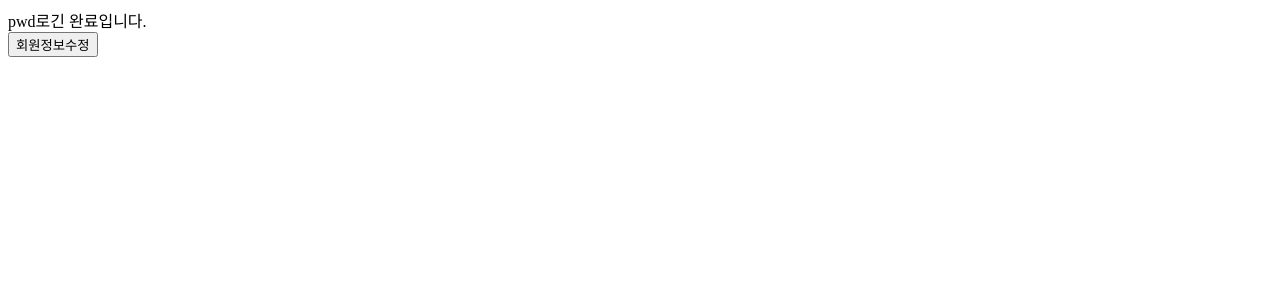
Repository: Chaelin02/2-_JSP
Page: http://localhost/BasicJSP/jdbc07/loginPro_2312.jsp
These files come from the project's save history. The page is drawn as it stood at one moment and after the next save; the edit follows.
The browser window is 1280 px wide. The pictures show the whole page.
The page is served by Tomcat 9. Other server files are loaded and not shown. Queries for data that is not in the repository find no rows.

Above is the page before, as saved 2019-06-25 01:38:57.

### BasicJSP/WebContent/jdbc07/loginPro_2312.jsp
<%@ page language="java" contentType="text/html; charset=UTF-8"
    pageEncoding="UTF-8"%>
     <%@page import="java.sql.*" %>
<!DOCTYPE html>
<html>
<head>
<%
	String id = request.getParameter("id");
	String pwd = request.getParameter("pwd");



	Connection conn = null;
	PreparedStatement pstmt = null;
	ResultSet rs = null;

	String str = "";
	try {
		String jdbcUrl = "jdbc:mysql://localhost:3306/mydb";
		String dbId = "root";
		String dbPwd = "mirim2";


		Class.forName("org.gjt.mm.mysql.Driver");
		conn = DriverManager.getConnection(jdbcUrl, dbId, dbPwd);//	한번썻으면 변하지 않음
		//이것만 맨날 바뀜
		//id,passwd의 값만 필요하고 id의 값만 가져와야하니까 id = "" ?하는거.
		String sql = "select id , pwd from tblregister where id =?";  //?는 여기에 외부의 값을 대입해라라는뜻

		pstmt = conn.prepareStatement(sql);   //conn이 만들어줌.
		pstmt.setString(1, id);
		rs = pstmt.executeQuery(); //얘는 받아줌
//여까지 받아주는 거임.

		if(rs.next()){   //한 건이 있을때 if사용하고 여려개면 while문을 쓴다.  내용이 하나라도 있다면.
			String rId = rs.getString("id");
			String rPwd = rs.getString("pwd");

			System.out.println("rId : "+rId);
			System.out.println("rPwd : "+rPwd);
			System.out.println(id);
			System.out.println(pwd);



			if(id.equals(rId) && pwd.equals(rPwd)) {
				sql = "update tblregister set id = ? where pwd = ?";
				pstmt = conn.prepareStatement(sql);
				pstmt.setString(1,id);
				pstmt.setString(2,pwd);
				pstmt.executeUpdate();
	%>
	레코드를 수정했습니다.
	<%
			}else
				out.println("id로긴 완료입니다.");
		}  else
				out.println("pwd로긴 완료입니다.");
		}catch(Exception e){
			e.printStackTrace();
			str = "데이터 업데이트에 실패했습니다.";
	} finally {
			if(rs != null)
			try {rs.close();} catch(SQLException sqle) {}
		if(pstmt != null)
			try {pstmt.close();} catch(SQLException sqle) {}
		if(conn != null)
			try {conn.close();} catch(SQLException sqle) {}

	}


	%>
<meta charset="UTF-8">
<title>Insert title here</title>
</head>
<body>
<form method = "post" action="update.jsp">
<input type = "button" value="회원정보수정">
</form>
</body>
</html>

After the next save:
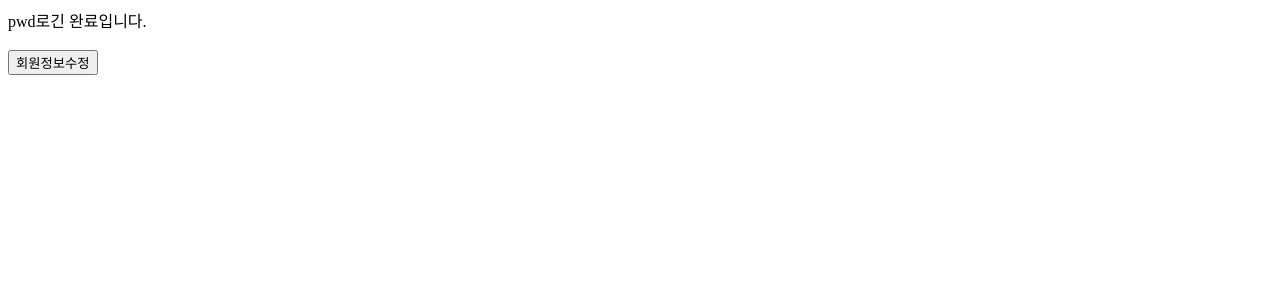
Saved 14 s later.
--- a/BasicJSP/WebContent/jdbc07/loginPro_2312.jsp
+++ b/BasicJSP/WebContent/jdbc07/loginPro_2312.jsp
@@ -76,7 +76,7 @@
 </head>
 <body>
 <form method = "post" action="update.jsp">
-<input type = "button" value="회원정보수정">
+<br><input type = "button" value="회원정보수정">
 </form>
 </body>
 </html>
